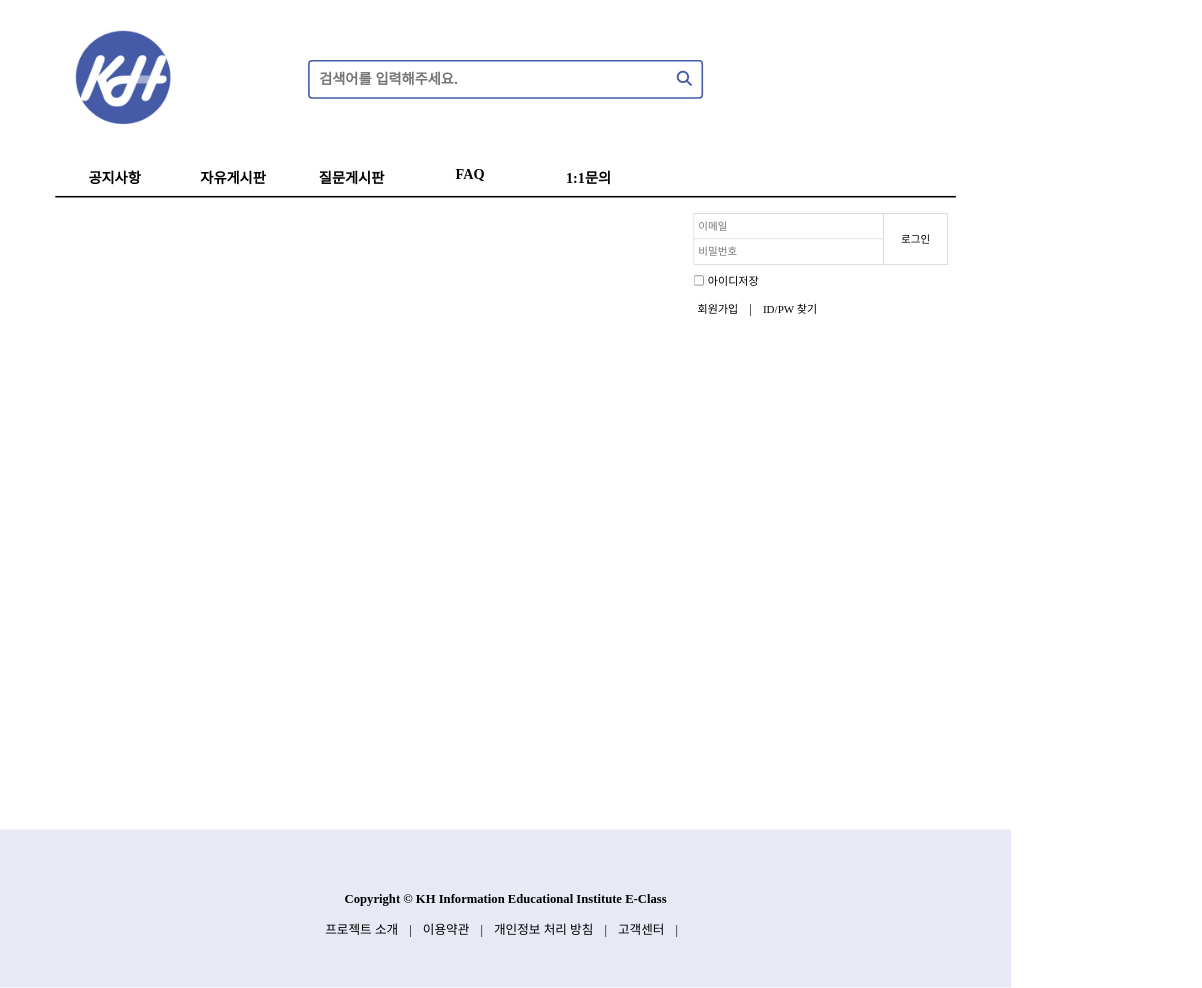
Repository: kdhleppa/server
Page: http://localhost/boardProject/
An editor plug-in stored every save of this project. The page is shown before and after the next save, followed by the edit.
The browser window is 1280 px wide. The page is 1280 px wide, then 1522 px, so the pictures cover 1522 px, including what lies to the right of the window. The pictures show the whole page, at 79% of full size.
Some web libraries are served in a nearby version. The page is served by Tomcat 9. Other server files are loaded and not shown.

Above is the page before, as saved 2023-09-21 05:37:57.

### boardProject/src/main/webapp/index.jsp
<%@ page language="java" contentType="text/html; charset=UTF-8"
    pageEncoding="UTF-8"%>
<!DOCTYPE html>
<html>
<head>
<meta charset="UTF-8">
<title>프로젝트</title>

	<link rel="stylesheet" href="/resources/css/main-style.css">
	<script src="https://kit.fontawesome.com/75b9a966ac.js" crossorigin="anonymous"></script>
</head>
<body>
	<main>

		<%-- header.jsp 추가 --%>

		<%--
			<jsp:include page="jsp파일 경로" />

			-jsp 파일 경로는 webapp 폴더 기준으로 작성
			-JSP 액션 태그(jsp에 기본 내장됨)
			-다른 jsp 파일의 코드를 현재 위치에 추가

		--%>

		<jsp:include page="/WEB-INF/views/common/header.jsp" />

        <section class="content">
            <section class="content-1"></section>

            <!-- 아이디/비밀번호/로그인버튼 영역-->
            <section class="content-2">
                <form action="#" name="login-form" id="loginFrm">
                    <fieldset class="id-pw-area">
                        <section>
                            <input type="text" name="inputEmail" placeholder="이메일">
                            <input type="password" name="inputPassword" placeholder="비밀번호">
                        </section>
                        <section>
                            <button>로그인</button>
                        </section>
                    </fieldset>
                    <label for="">
                        <input type="checkbox" name="saveId"> 아이디저장
                    </label>

                    <!-- 회원가입/ id/pw 찾기 영역 -->
                    <section class="signup-find-area">
                        <a href="#">회원가입</a>
                        <span>|</span>
                        <a href="#">ID/PW 찾기</a>
                    </section>
                </form>
            </section>
        </section>

    </main>

    <jsp:include page="/WEB-INF/views/common/footer.jsp" />
</body>
</html>

### boardProject/src/main/webapp/WEB-INF/views/common/header.jsp
<%@ page language="java" contentType="text/html; charset=UTF-8"
    pageEncoding="UTF-8"%>


	<header>

            <!-- 클릭 시 메인페이지로 이동하는 로고 -->
            <section>
                <a href="/">
                    <img src="/resources/images/logo.jpg" id="homeLogo">
                </a>
            </section>

            <!-- 검색창 부분 -->
            <section>
                <section class="search-area">

                    <!-- form 내부 input 태그 값을 서버 또는 페이지로 전달 -->
                    <form action="#" name="search-form">

                        <!-- fieldset : form 내부에서 input을 종류별로 묶는 용도로 자주 사용 -->
                        <fieldset>

                            <!-- search : 텍스트 타입과 기능적으로는 똑같으나,
                                브라우저에 의해 다르게 표현될 수 있음 .-->
                            <!-- autocomplete : HTML 기본 자동완성 사용 X -->
                            <input type="search" id="query" name="query"
                                autocomplete="off" placeholder="검색어를 입력해주세요."
                            >
                            <button id= "searchBtn" class="fa-solid fa-magnifying-glass"></button>

                        </fieldset>

                    </form>

                </section>
            </section>

            <section></section>
        </header>

        <nav>
            <ul>
                <li><a href="#">공지사항</a></li>
                <li><a href="#">자유게시판</a></li>
                <li><a href="#">질문게시판</a></li>
                <li><a href="#">FAQ</a></li>
                <li><a href="#">1:1문의</a></li>
            </ul>
        </nav>

### boardProject/src/main/webapp/WEB-INF/views/common/footer.jsp
<%@ page language="java" contentType="text/html; charset=UTF-8"
    pageEncoding="UTF-8"%>


    <footer>
        <p>Copyright &copy; KH Information Educational Institute E-Class </p>

        <section>
            <a href="#">프로젝트 소개</a>
            <span>|</span>
            <a href="#">이용약관</a>
            <span>|</span>
            <a href="#">개인정보 처리 방침</a>
            <span>|</span>
            <a href="#">고객센터</a>
            <span>|</span>

        </section>
    </footer>

### boardProject/src/main/webapp/resources/css/main-style.css
* {
    box-sizing: border-box;
    padding: 0;
    margin: 0;
}

/* div, main, section, header, footer, article, nav, aside, form
{ border : 1px solid black; }  */
/* 다 만들고 삭제 */


main{
    width: 1140px;
    margin : auto;

    /* min-height : 요소의 최소 높이
            -> 내부 요소가 없어도 최소 높이 유지
            -> 내부 요소가 지정된 크기를 초과하면
                그에 맞에 늘어남
    */
    min-height: 500px;
}

/* header */
header{
    height: 200px;
    display: flex;
    flex-direction: row;
}

header > section:nth-child(1){ width: 15%;}
header > section:nth-child(2){ width: 70%;}
header > section:nth-child(3){ width: 15%; }


/* 로고 */
header > section:first-child{
    display: flex;
    justify-content: center;
    align-items: center;
}

#homeLogo{
    width: 120px;
    height: auto; /* 이미지 기본 비율에 맞게 자동 지정 */
}


/* 검색 영역 */
header > section:nth-child(2){
    display: flex;
    justify-content: center;
    align-items: center;
}

.search-area{
    width: 500px;
}

.search-area fieldset{
    border: 2px solid #455ba8;
    padding : 2px;
    border-radius: 5px;
    display: flex;
}

/* 검색 창 */
#query{
    border : none; /* 테두리 없애기 */
    /* outline :
        포커스가 맞춰진 input의 테두리 */
    /* outline : none; */
    outline : 0;
    font-size: 18px;
    font-weight: bold;
    padding : 10px;

    width: 92%;
}

/* 검색 버튼 */
#searchBtn{
    width: 8%;
    cursor: pointer;
    border : none;

    font-size: 1.2em;
    color : #455ba8;
    background-color: white;
}



/* nav */
nav{
    height: 50px;
    position: sticky;
    /* 화면 밖으로 벗어났을 때
        지정된 위치에 고정*/

    top : 0; /* 최상단에 붙임 */

    background-color: white;
    border-bottom: 2px solid black;
    z-index: 1000;
}

nav > ul{
    display: flex;

    /* li 태그 앞에 기호 삭제 */
    list-style: none;
    height: 100%;
}


nav li{
    flex : 0 1 150px;
        /* grow shrink basis */
}

nav a{
    text-decoration: none;
    color : black;
    font-size: 18px;
    font-weight: bold;
    padding : 11px 0;
    display: block;
    text-align: center;

    border-radius: 5px;
    transition-duration: 0.1s;
    height: 100%;
}


nav a:hover{
    color : white;
    background-color: #455ba8;
}




/* content */
.content{
    height: 800px;
    display: flex;

    /* flex 지정 시 기본값 */
    flex-direction: row;
    justify-content: flex-start;
    /* flex-start : flex요소에만 사용 가능한 정렬 방식 */
    /* start : block요소, flex, grid 등에서도 적용 가능한 정렬 방식 */
    align-items: stretch;
}

.content-1{
    flex-basis: 70%;
    padding : 20px;
}
.content-2{ flex-basis: 30%;}

.content-1 > *{
    margin-bottom: 20px;
}

.content-1 > pre{
    font-size: 1rem;
    font-family: '고딕';
}

/* 로그인 영역 */
.content-2 > form{
    height: 150px;
    padding : 10px;
    margin-top : 10px;

    display: flex;

    flex-direction: column;
    justify-content: center;
}

.id-pw-area{
    border: 1px solid #ccc;
    display: flex;

    /* 중심축 방향 크기 지정 */
    flex-basis: 60%;
}

/* id/pw 입력 영역*/
.id-pw-area > section:first-child{
    width: 75%;
    display: flex;
    flex-direction: column;
}

.id-pw-area > section:first-child > input{
    border : 0;
    border-right : 1px solid #ccc;
    flex-basis: 50%;
    outline: none;
    padding: 5px;
}

/* id input 태그 */
input[name='inputEmail']{
    border-bottom : 1px solid #ccc !important;
}

/* id/pw에 초점이 맞춰졌을 때 */
.id-pw-area > section:first-child > input:focus{
    border: 2px solid #455ba8 !important;
}


/* 로그인 버튼 영역 */
.id-pw-area > section:last-child{
    width: 25%;
    display: flex;
    justify-content: center;
}

/* 로그인 버튼 */
.id-pw-area > section:last-child > button{
    width: 100%;
    background-color: white;
    cursor: pointer;
    border : none;
}

/* 로그인 버튼에 마우스가 올라갔을 때 */
.id-pw-area > section:last-child > button:hover{
    background-color: #455ba8;
    color: white;
}

/* 아이디 저장 label */
.content-2 label{
    margin-top: 5px;
    font-size: 14px;
    display: flex;
    padding: 5px 0;
}

input[name='saveId']{
    margin-right: 5px;
}

/* 회원가입, ID/PW 찾기 영역 */
.signup-find-area{
    margin-top: 10px;
    padding-left: 5px;
}

.signup-find-area > a{
    color : black;
    text-decoration: none;
    font-size: 14px;
}

.signup-find-area > span{
    padding: 0 10px;
}




/* footer */
footer{
    height: 200px;
    background-color: #a3add342;
    display: flex;
    flex-direction: column;
    justify-content: center;
    align-items: center;
}

footer > p{
    font-weight: bold;
    margin : 16px 0;
}

footer > article > *{
    font-size: 14px;
}

footer a{
    color:black;
    text-decoration: none;
}

footer span{
    padding : 0 10px;
}


/* ---------------------------------------------------------------------------- */

/* 로그인 성공 시 화면 */
.login-area{
    height: 120px;
    padding: 30px 10px;
    margin: 10px 0;
    border: 1px solid black;
    border-radius: 10px;
    display: flex;
    align-items: center;
}

/* 프로필 이미지 */
#memberProfile{
    width: 64px;
    height: 64px;
    border-radius: 50%;
}


/* 프로필 이미지를 감싸고 있는 a태그 */
.login-area > a{
    display: block;
    width: 70px;
    height: 70px;
    border: 3px solid #ddd;
    border-radius: 50%;
}

/* 회원 정보 + 로그아웃 버튼 영역 설정 */

.my-info{
    width: 100%;
    height: 100%;
    margin-left: 20px;
}

.my-info > div{
    display: flex;
    justify-content: space-between;
}

a{
    text-decoration: none;
    color : black;
}

/* 닉네임 */
#nickname{
    color : black;
    font-size: 20px;
    font-weight: bold;
    letter-spacing: -3px;
}

/* 로그아웃 버튼 */
#logoutBtn{
    color : gray;
    font-size: 14px;
    font-weight: bold;

    border: 2px solid gray;
    padding : 3px 5px;
    border-radius: 10px;
}

#logoutBtn:hover{
    color : white;
    background-color: gray;
}

#logoutBtn:active{
    transform: scale(0.8);
}

/* 내정보 - 이메일 */
.my-info > p{
    margin: 0;
    color : gray;
}


/**********************************/

/* 검색결과 */

.search-page {
	padding : 50px;
	min-height: 1000px;
}

.search-div {
	margin-top: 20px;
	border: 1px solid black;
	border-radius: 20px;
	padding : 20px;
}


.sign-form {
    margin-top: 20px;

}

.sign-form input {
    margin-bottom: 20px;

}

After the next save:
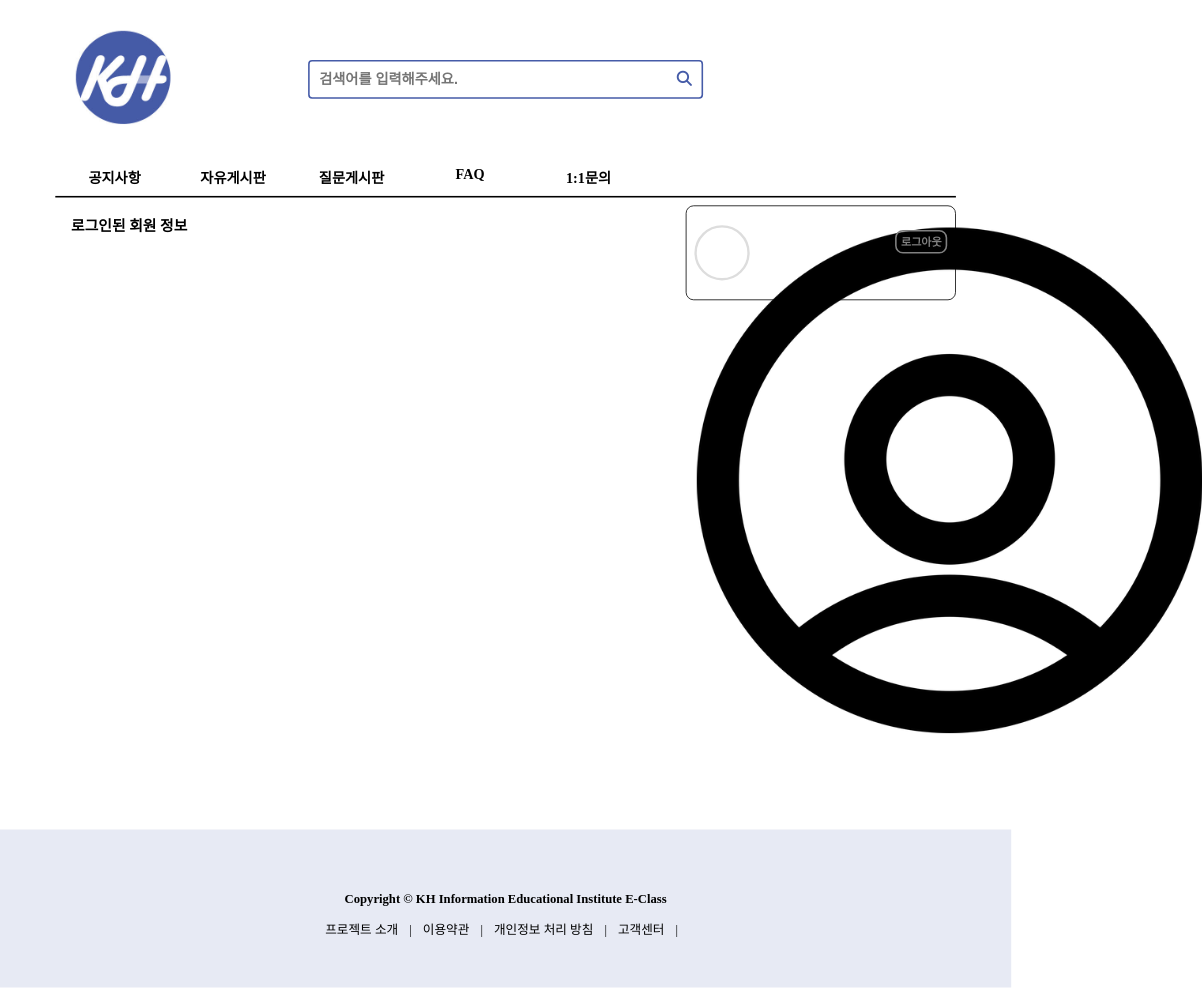
Saved 58 min 38 s later.
--- a/boardProject/src/main/webapp/index.jsp
+++ b/boardProject/src/main/webapp/index.jsp
@@ -1,5 +1,7 @@
 <%@ page language="java" contentType="text/html; charset=UTF-8"
     pageEncoding="UTF-8"%>
+
+<%@ taglib prefix="c" uri="http://java.sun.com/jsp/jstl/core"%>
 <!DOCTYPE html>
 <html>
 <head>
@@ -26,31 +28,63 @@
 		<jsp:include page="/WEB-INF/views/common/header.jsp" />
 
         <section class="content">
-            <section class="content-1"></section>
+            <section class="content-1">
+
+            <h3>로그인된 회원 정보</h3>
+
+
+
+
+
+            </section>
 
             <!-- 아이디/비밀번호/로그인버튼 영역-->
             <section class="content-2">
-                <form action="#" name="login-form" id="loginFrm">
-                    <fieldset class="id-pw-area">
-                        <section>
-                            <input type="text" name="inputEmail" placeholder="이메일">
-                            <input type="password" name="inputPassword" placeholder="비밀번호">
-                        </section>
-                        <section>
-                            <button>로그인</button>
-                        </section>
-                    </fieldset>
-                    <label for="">
-                        <input type="checkbox" name="saveId"> 아이디저장
-                    </label>
+            	<c:choose>
+            		<c:when test="">
+	            		<form action="#" name="login-form" id="loginFrm">
+		                    <fieldset class="id-pw-area">
+		                        <section>
+		                            <input type="text" name="inputEmail" placeholder="이메일">
+		                            <input type="password" name="inputPassword" placeholder="비밀번호">
+		                        </section>
+		                        <section>
+		                            <button>로그인</button>
+		                        </section>
+		                    </fieldset>
+		                    <label for="">
+		                        <input type="checkbox" name="saveId"> 아이디저장
+		                    </label>
 
-                    <!-- 회원가입/ id/pw 찾기 영역 -->
-                    <section class="signup-find-area">
-                        <a href="#">회원가입</a>
-                        <span>|</span>
-                        <a href="#">ID/PW 찾기</a>
-                    </section>
-                </form>
+		                    <!-- 회원가입/ id/pw 찾기 영역 -->
+		                    <section class="signup-find-area">
+		                        <a href="#">회원가입</a>
+		                        <span>|</span>
+		                        <a href="#">ID/PW 찾기</a>
+		                    </section>
+	               	      </form>
+            		</c:when>
+            		<%-- 로그인이 되었을때 --%>
+            		<c:otherwise>
+            			<article class="login-area">
+
+            				<a href="#">
+            					<img src="resources/images/user.png">
+            				</a>
+            				<div class="my-info">
+            					<div>
+            						<a href="#" id="nickname"></a>
+            						<a href="#" id="logoutBtn">로그아웃</a>
+            					</div>
+            				</div>
+
+            			</article>
+            		</c:otherwise>
+
+            	</c:choose>
+
+            	<%-- 로그인이 안되어있을때 --%>
+
             </section>
         </section>
 
